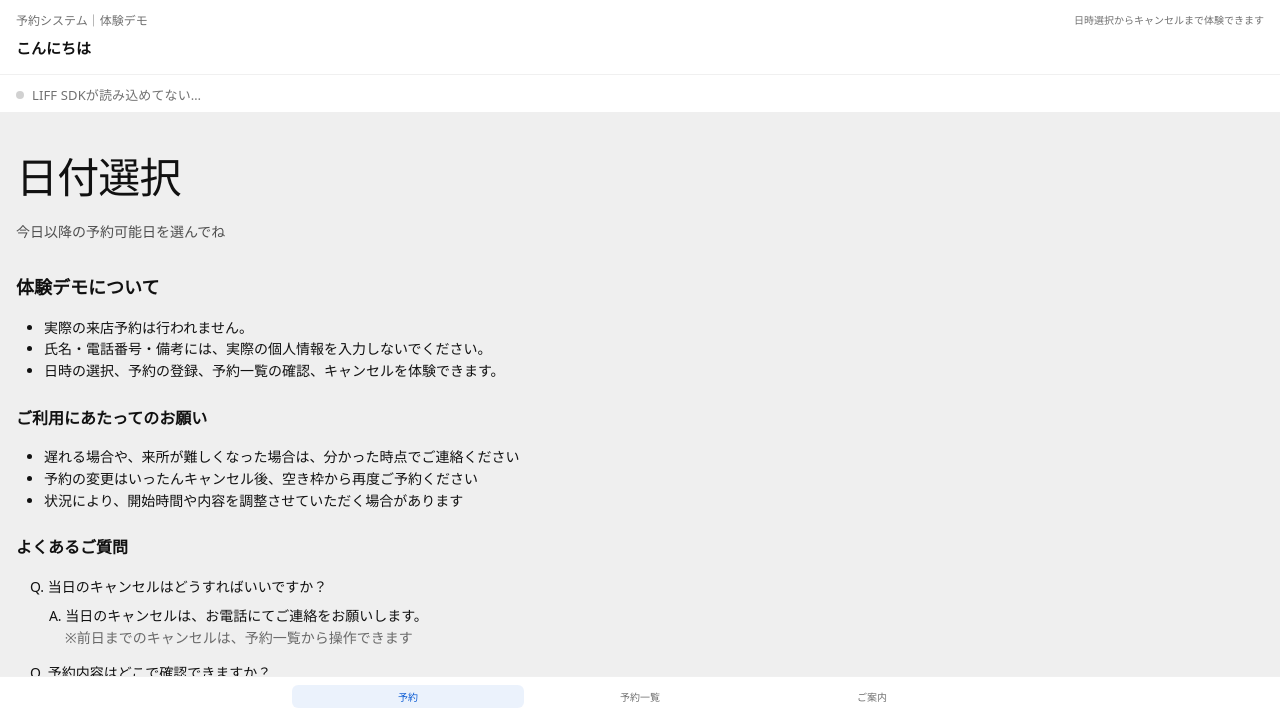
Repository: kazucv/reservation-demo
Page: index.html
An editor plug-in stored every save of this project. The page is shown before and after the next save, followed by the edit.
The browser window is 1280 px wide. The pictures show the whole page.
Some icons come from a web library that is not loaded, so they are not drawn. An inner scrolling area shows only its first screen.

Above is the page before, as saved 2026-10-28 11:42:42.

After the next save:
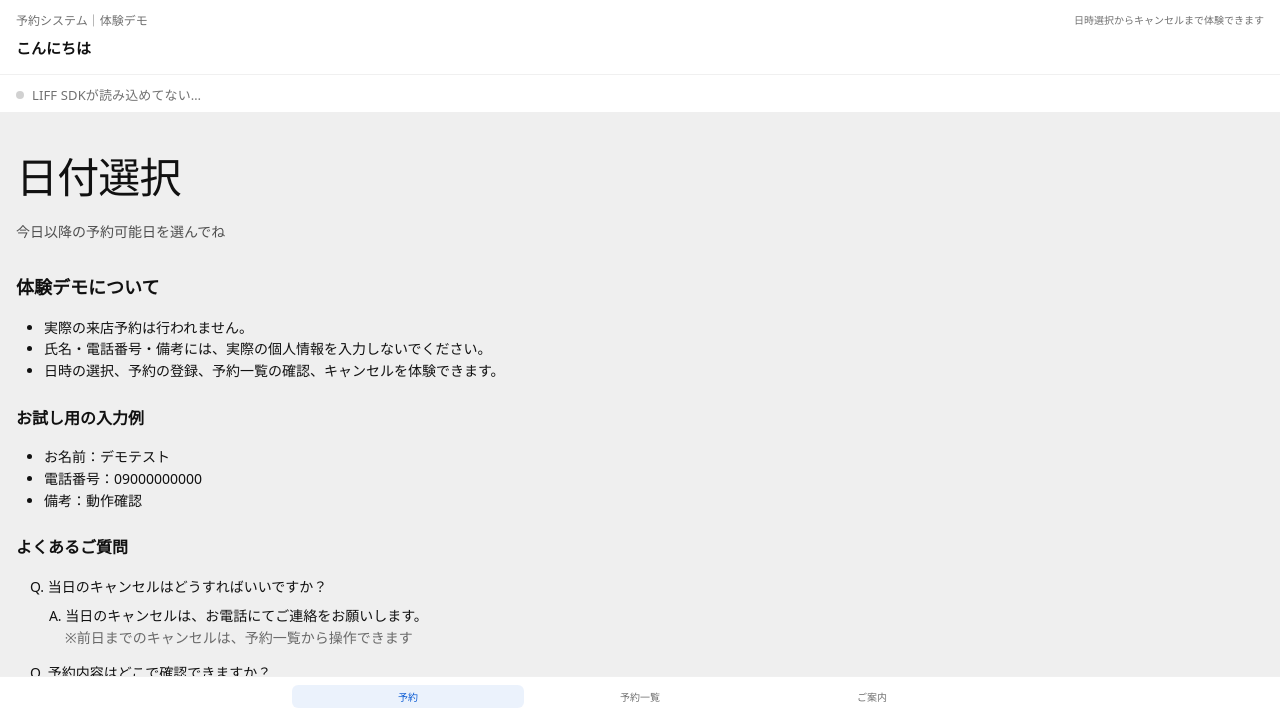
Saved 9 s later.
--- a/index.html
+++ b/index.html
@@ -849,11 +849,11 @@
               <li>日時の選択、予約の登録、予約一覧の確認、キャンセルを体験できます。</li>
             </ul>
 
-            <h3 class="calendar-note__subtitle">ご利用にあたってのお願い</h3>
+            <h3 class="calendar-note__subtitle">お試し用の入力例</h3>
             <ul class="calendar-note__list">
-              <li>遅れる場合や、来所が難しくなった場合は、分かった時点でご連絡ください</li>
-              <li>予約の変更はいったんキャンセル後、空き枠から再度ご予約ください</li>
-              <li>状況により、開始時間や内容を調整させていただく場合があります</li>
+              <li>お名前：デモテスト</li>
+              <li>電話番号：09000000000</li>
+              <li>備考：動作確認</li>
             </ul>
 
             <h3 class="calendar-note__subtitle">よくあるご質問</h3>
